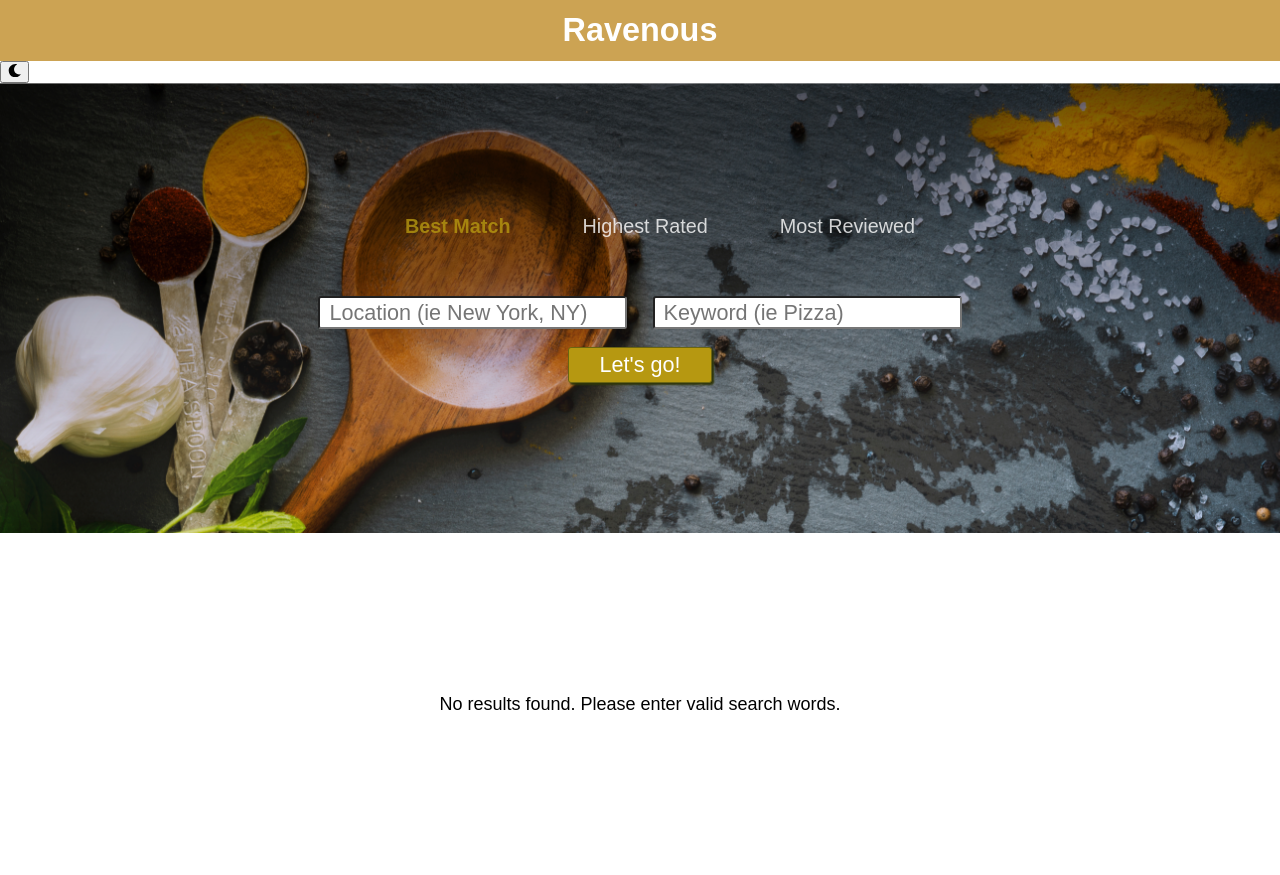
Repository: LolaSL/Ravenous
Page: /
The author's editor kept a copy of each file at every save. The page is drawn from the files as they stood at one save, then again after a run of saves.
The browser window is 1280 px wide. The pictures show the whole page.
The page's requests for data from a server got no answer. The project was rebuilt for these pictures with package versions that can differ from the ones it lists, and the page was loaded fresh each time. No one was signed in, and anything a server would have sent is missing. Also part of the build but not shown: src/Business/Business.js.

Above is the page before, as saved 2024-03-24 12:55:00.

After the next 2 saves:
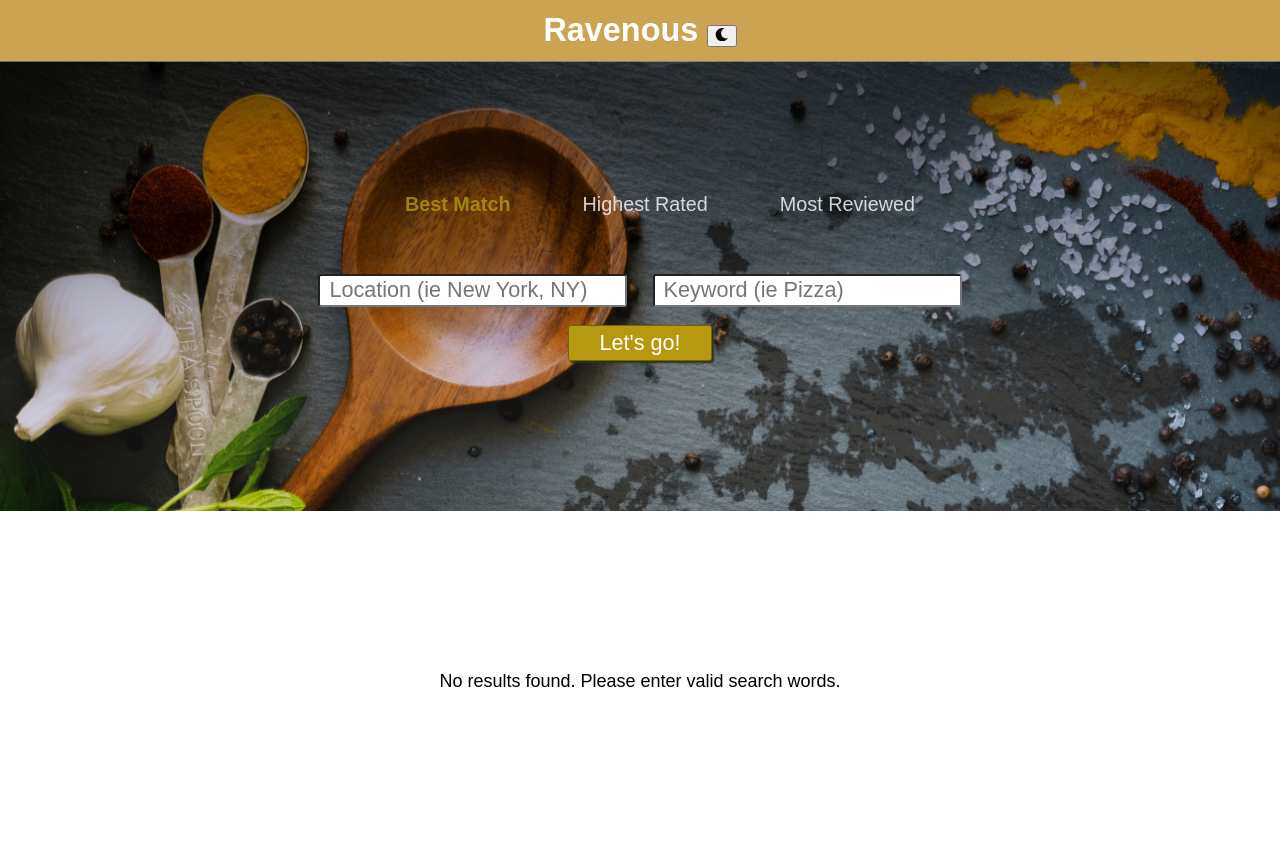
The 2 saves are shown as one change because they came seconds apart.
The last was saved 26 s later.
--- a/src/App.js
+++ b/src/App.js
@@ -21,7 +21,7 @@ function App() {
   return (
     <div className="App">
       <header>
-        <h1>Ravenous</h1><ThemeToggle />
+        <h1>Ravenous  <ThemeToggle /></h1>
       </header>
       <main>
         <SearchBar searchYelp={searchYelp}/>
